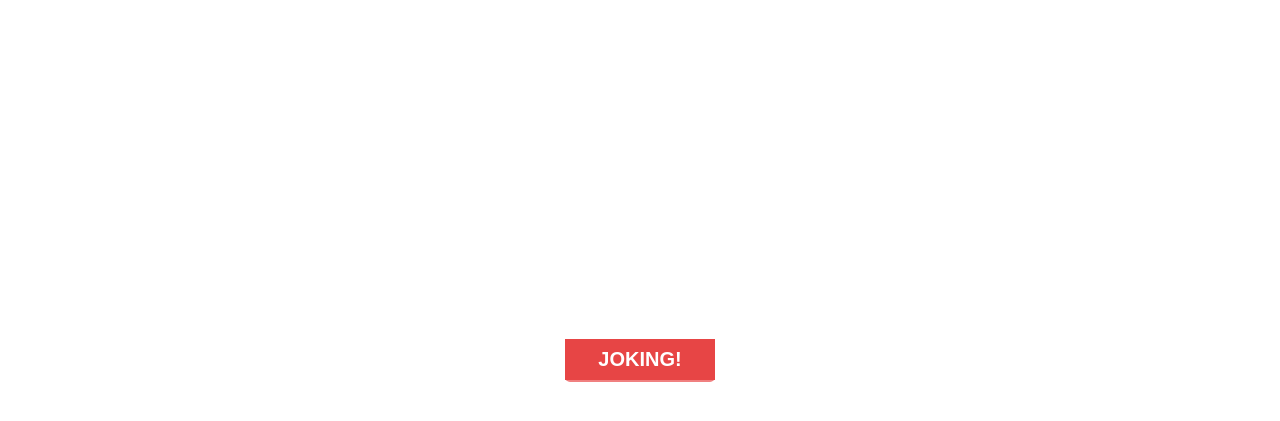
Repository: safak/animation
Page: index.html
An editor plug-in stored every save of this project. The page is shown before and after the next save, followed by the edit.
The browser window is 1280 px wide. The pictures show the whole page.
The pointer rests on the first visible `.button-1`.

Above is the page before, as saved 2020-12-17 01:43:23.

After the next save:
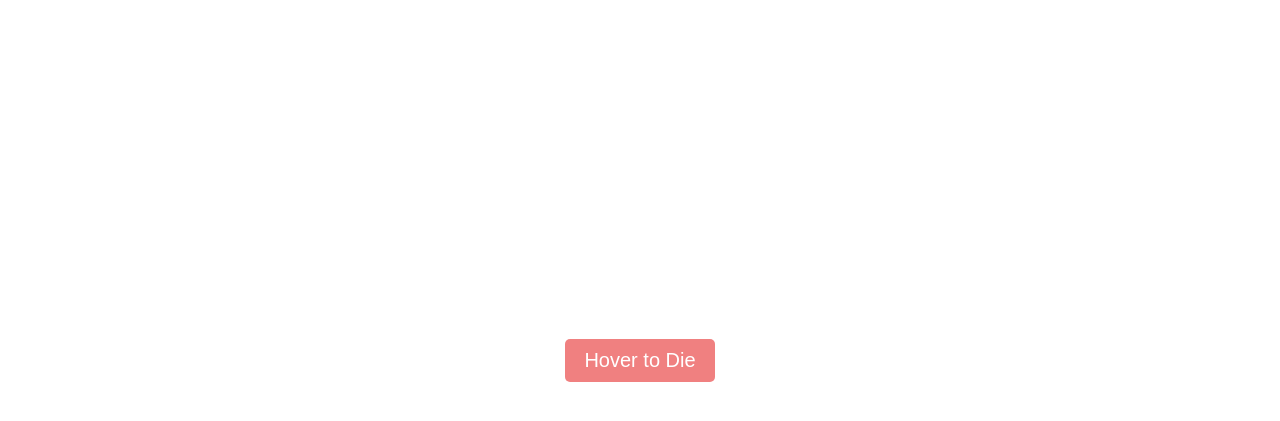
Saved 21 s later.
--- a/style.css
+++ b/style.css
@@ -37,7 +37,7 @@ button {
   content: "JOKING!";
   font-weight: bold;
   background-color: rgb(231, 69, 69);
-  animation: retrive 2s ease;
+  animation: retrive 2s ease linear;
   overflow: hidden;
 }
 

After the save that followed:
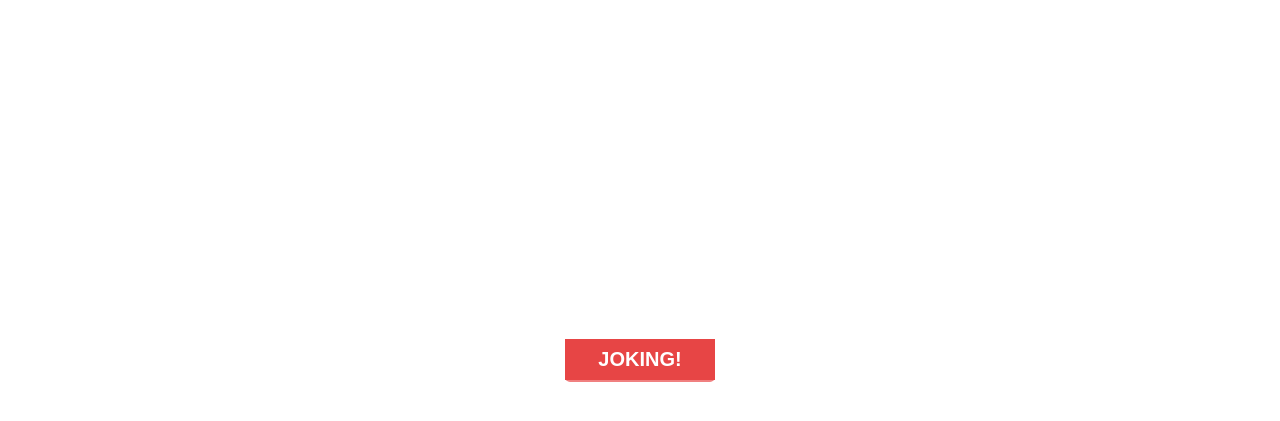
Saved 7 s later.
--- a/style.css
+++ b/style.css
@@ -37,7 +37,7 @@ button {
   content: "JOKING!";
   font-weight: bold;
   background-color: rgb(231, 69, 69);
-  animation: retrive 2s ease linear;
+  animation: retrive 2s ease;
   overflow: hidden;
 }
 
